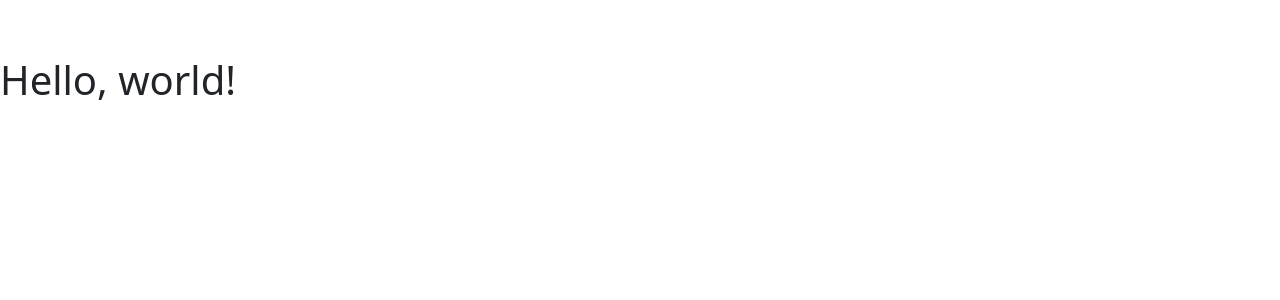
Repository: Sarah7223/internet-programming-tp
Page: TP4/TP04.5.html
An editor plug-in stored every save of this project. The page is shown before and after the next save, followed by the edit.
The browser window is 1280 px wide. The pictures show the whole page.

Above is the page before, as saved 2023-02-01 22:00:53.

### TP4/TP04.5.html
<!DOCTYPE html>
    <head>
        <style>
            .background{
                height: 100%;
                width:100%;
                display: flex;
                justify-content: center;
                flex-direction: column;
                align-items: center;
            }
        </style>
        <link href="https://cdn.jsdelivr.net/npm/bootstrap@5.3.0-alpha1/dist/css/bootstrap.min.css" rel="stylesheet" integrity="sha384-GLhlTQ8iRABdZLl6O3oVMWSktQOp6b7In1Zl3/Jr59b6EGGoI1aFkw7cmDA6j6gD" crossorigin="anonymous">
    </head>
    <body>
        <nav class="navbar navbar-expand-sm navbar-dark">
            <a class="navbar-brand" href="#">Navbar</a>
            <button class="navbar-toggler" type="button" data-toggle="collapse" data-target="#navbarNavDropdown" aria-controls="navbarNavDropdown" aria-expanded="false" aria-label="Toggle navigation">
              <span class="navbar-toggler-icon"></span>
            </button>
            <div class="collapse navbar-collapse" id="navbarNavDropdown">
              <ul class="navbar-nav">
                <li class="nav-item active">
                  <a class="nav-link" href="#">Home <span class="sr-only">(current)</span></a>
                </li>
                <li class="nav-item">
                  <a class="nav-link" href="#">Features</a>
                </li>
                <li class="nav-item">
                  <a class="nav-link" href="#">Pricing</a>
                </li>
              </ul>
            </div>
          </nav>
              <h1>Hello, world!</h1>

              <!-- Optional JavaScript -->
              <!-- jQuery first, then Popper.js, then Bootstrap JS -->
              <script src="https://code.jquery.com/jquery-3.4.1.slim.min.js" integrity="sha384-J6qa4849blE2+poT4WnyKhv5vZF5SrPo0iEjwBvKU7imGFAV0wwj1yYfoRSJoZ+n" crossorigin="anonymous"></script>
              <script src="https://cdn.jsdelivr.net/npm/popper.js@1.16.0/dist/umd/popper.min.js" integrity="sha384-Q6E9RHvbIyZFJoft+2mJbHaEWldlvI9IOYy5n3zV9zzTtmI3UksdQRVvoxMfooAo" crossorigin="anonymous"></script>
              <script src="https://stackpath.bootstrapcdn.com/bootstrap/4.4.1/js/bootstrap.min.js" integrity="sha384-wfSDF2E50Y2D1uUdj0O3uMBJnjuUD4Ih7YwaYd1iqfktj0Uod8GCExl3Og8ifwB6" crossorigin="anonymous"></script>
    </body>
</html

After the next save:
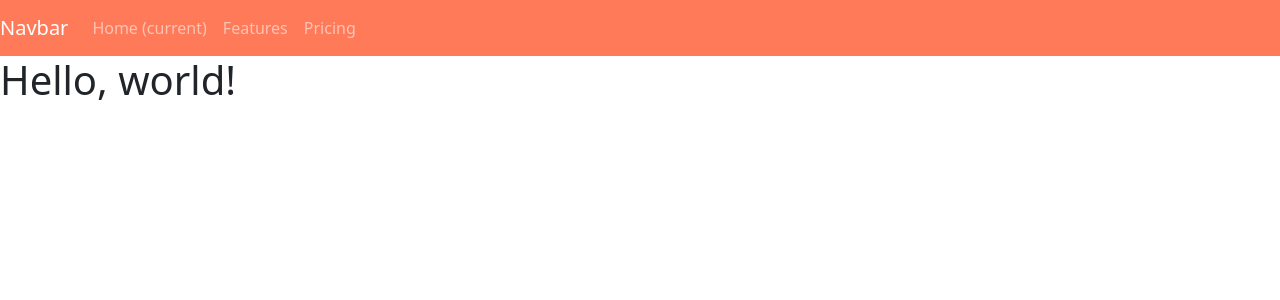
Saved 50 s later.
--- a/TP4/TP04.5.html
+++ b/TP4/TP04.5.html
@@ -1,13 +1,8 @@
 <!DOCTYPE html>
     <head>
         <style>
-            .background{
-                height: 100%;
-                width:100%;
-                display: flex;
-                justify-content: center;
-                flex-direction: column;
-                align-items: center;
+            .navbar {
+                background: #FF7A59;
             }
         </style>
         <link href="https://cdn.jsdelivr.net/npm/bootstrap@5.3.0-alpha1/dist/css/bootstrap.min.css" rel="stylesheet" integrity="sha384-GLhlTQ8iRABdZLl6O3oVMWSktQOp6b7In1Zl3/Jr59b6EGGoI1aFkw7cmDA6j6gD" crossorigin="anonymous">
